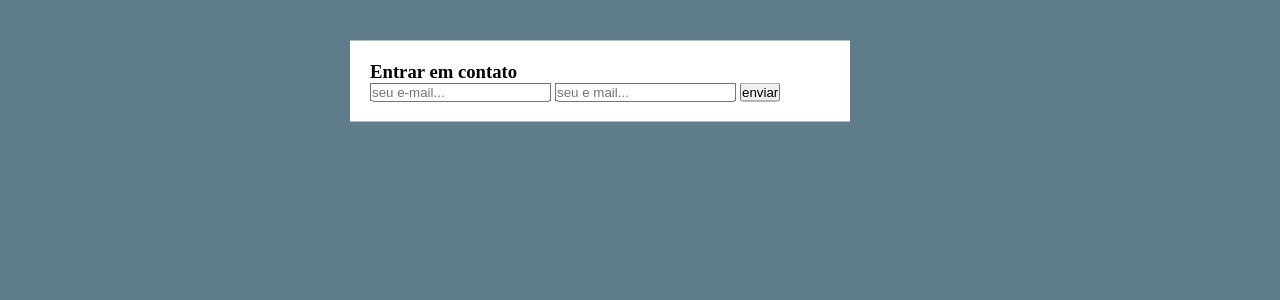
Repository: josceno/Sistema-para-controle-de-experimenta-o-animal
Page: index.html
The author's editor kept a copy of each file at every save. The page is drawn from the files as they stood at one save, then again after the next save.
The browser window is 1280 px wide. The pictures show the whole page.

Above is the page before, as saved 2021-09-13 15:19:07.

### index.html
<html>
    <head>
        <title>Form Contato</title>

    </head>
    <style>
        *{margin:0; padding:0;box-sizing: border-box;}
        body
        {
            background-color: #5f7C8A;
        }
        form
        {
            background-color: white;
            max-width: 500px;
            width: 70%;
            padding:20px;
            position:absolute;
            left: "50%";
            top: "50%";

            transform: translate(70%,50%);
        }
    </style>

    <body>

        <form>
            <h3>Entrar em contato</h3>
            <input type="text" name ="email" placeholder= "seu e-mail..."/>
            <input type = "text" name = "email" placeholder=  "seu e mail..."/>
            <input type =  "submit"name = "acao" value = "enviar"/>
        </form>
    </body>
</html>

After the next save:
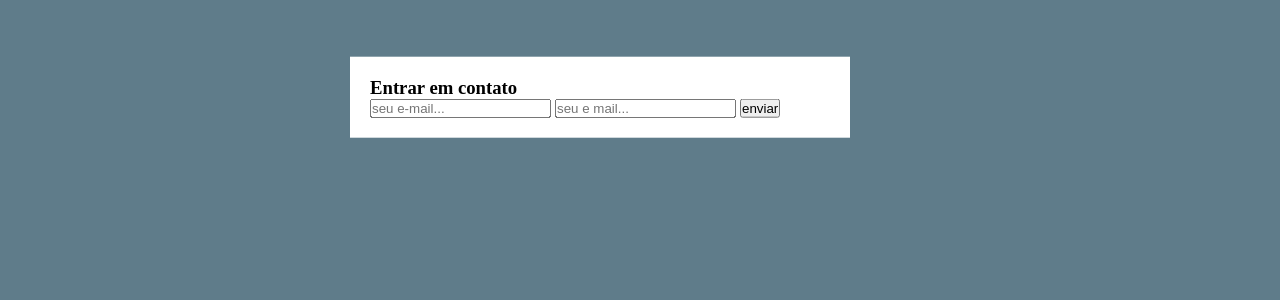
Saved 13 s later.
--- a/index.html
+++ b/index.html
@@ -19,7 +19,7 @@
             left: "50%";
             top: "50%";
 
-            transform: translate(70%,50%);
+            transform: translate(70%,70%);
         }
     </style>
 
